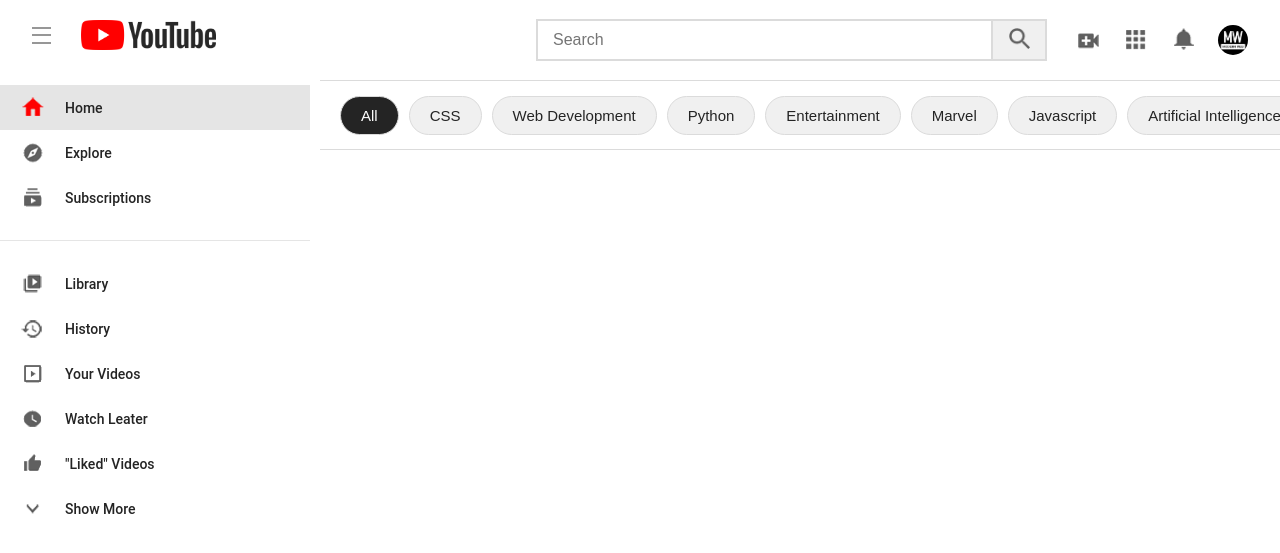
Repository: ds-mbappe/YouTube-Clone-UI
Page: index.html
An editor plug-in stored every save of this project. The page is shown before and after the next save, followed by the edit.
The browser window is 1280 px wide. The pictures show the whole page.
The page's requests for data from a server got no answer.

Above is the page before, as saved 2021-08-03 00:31:04.

After the next save:
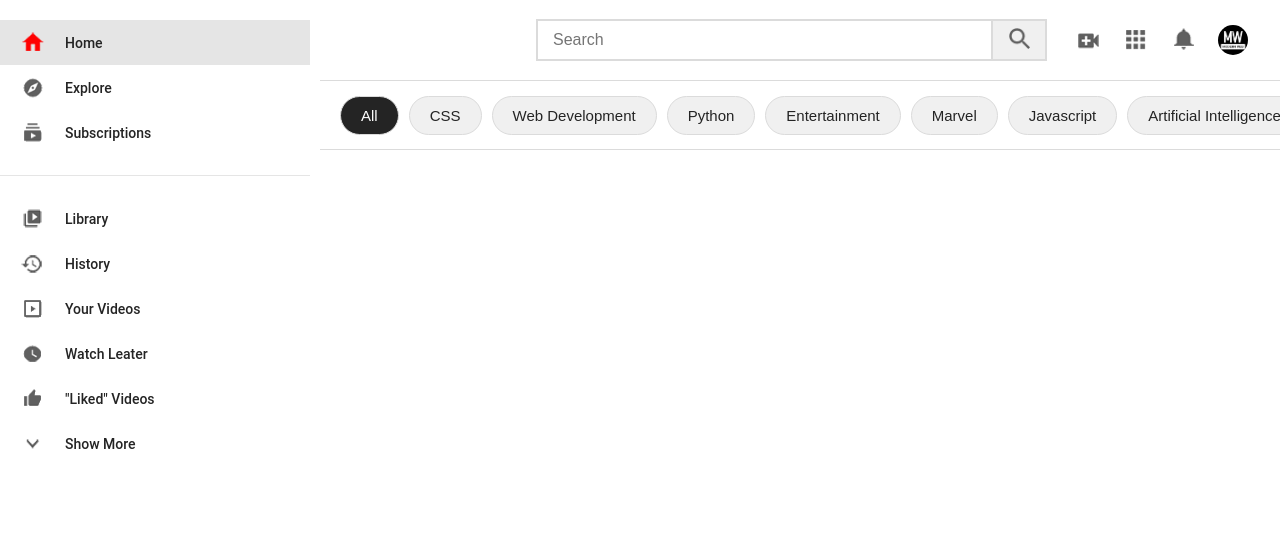
Saved 102 s later.
--- a/styles.css
+++ b/styles.css
@@ -114,7 +114,7 @@
 
 .side-bar {
   position: fixed;
-  top: 85px;
+  top: px;
   left: 0;
   min-width: 320px;
   width: 250px;
